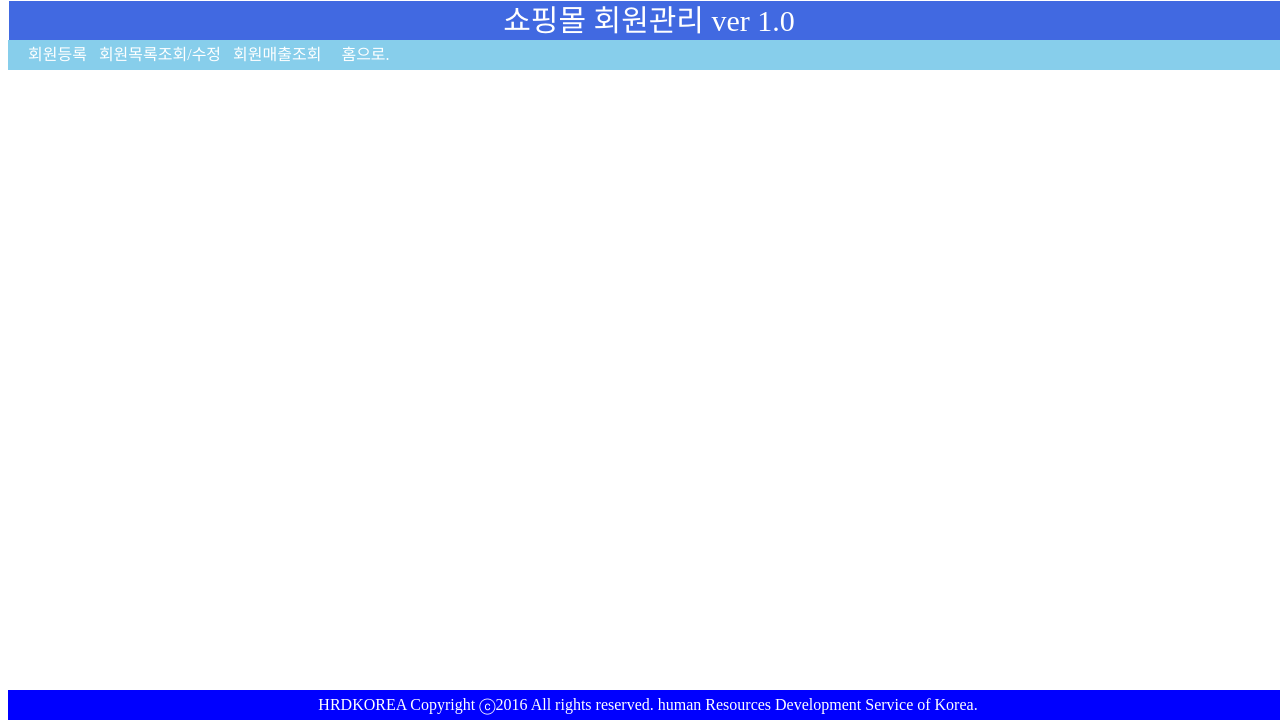
Repository: GotChun/license_practice
Page: http://localhost/HRD_8155/list.jsp
The author's editor kept a copy of each file at every save. The page is drawn from the files as they stood at one save, then again after the next save.
The browser window is 1280 px wide. The pictures show the whole page.
The page is served by Tomcat 9.

Above is the page before, as saved 2025-02-19 12:24:30.

After the next save:
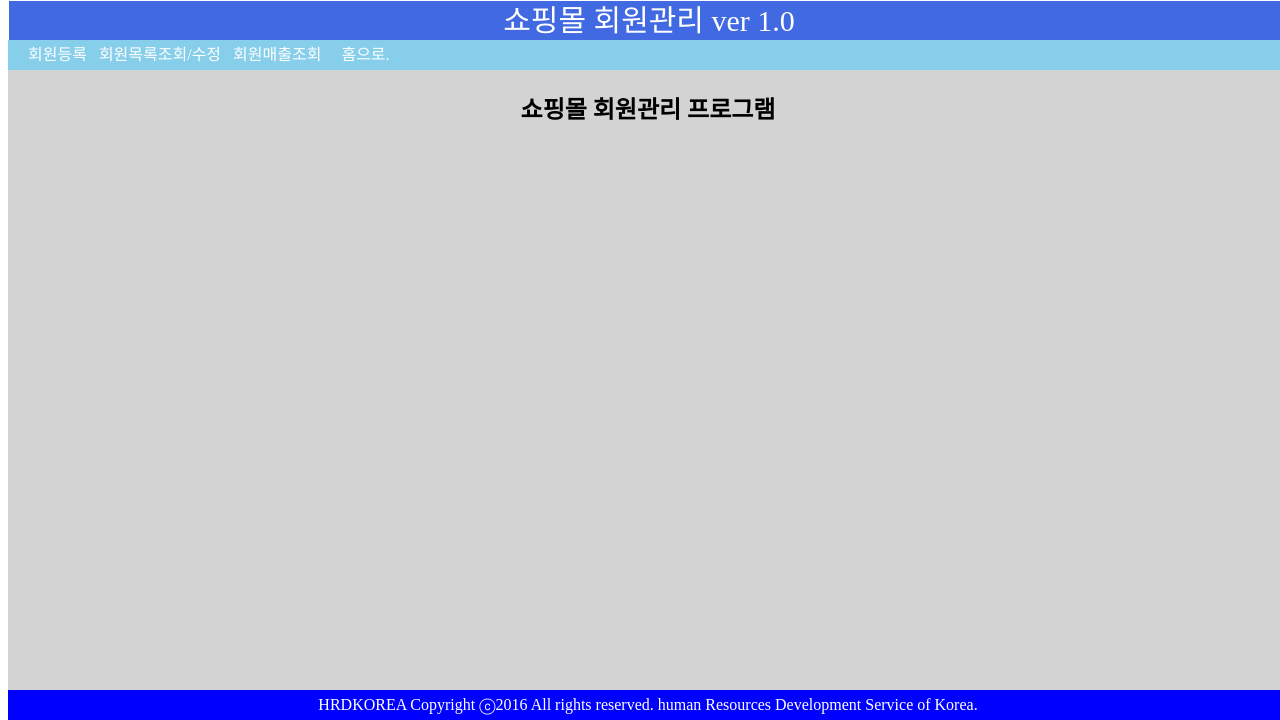
Saved 40 s later.
--- a/HRD_8155/src/main/webapp/list.jsp
+++ b/HRD_8155/src/main/webapp/list.jsp
@@ -1,5 +1,5 @@
 <%@ page language="java" contentType="text/html; charset=UTF-8"
-    pageEncoding="UTF-8"%>
+	pageEncoding="UTF-8"%>
 <!DOCTYPE html>
 <html>
 <head>
@@ -7,9 +7,17 @@
 <title>Insert title here</title>
 </head>
 <body>
-<jsp:include page="header.jsp"></jsp:include>
+	<jsp:include page="header.jsp"></jsp:include>
 
+	<section
+		style="position: fixed; top: 70px; width: 100%; height: 100%; background-color: lightgray;">
+		<h2 style="text-align: center; font-weight: bolder;">
+			<strong>쇼핑몰 회원관리 프로그램</strong>
+		</h2>
+		<br>
 
-<jsp:include page="footer.jsp"></jsp:include>
+	</section>
+
+	<jsp:include page="footer.jsp"></jsp:include>
 </body>
 </html>
